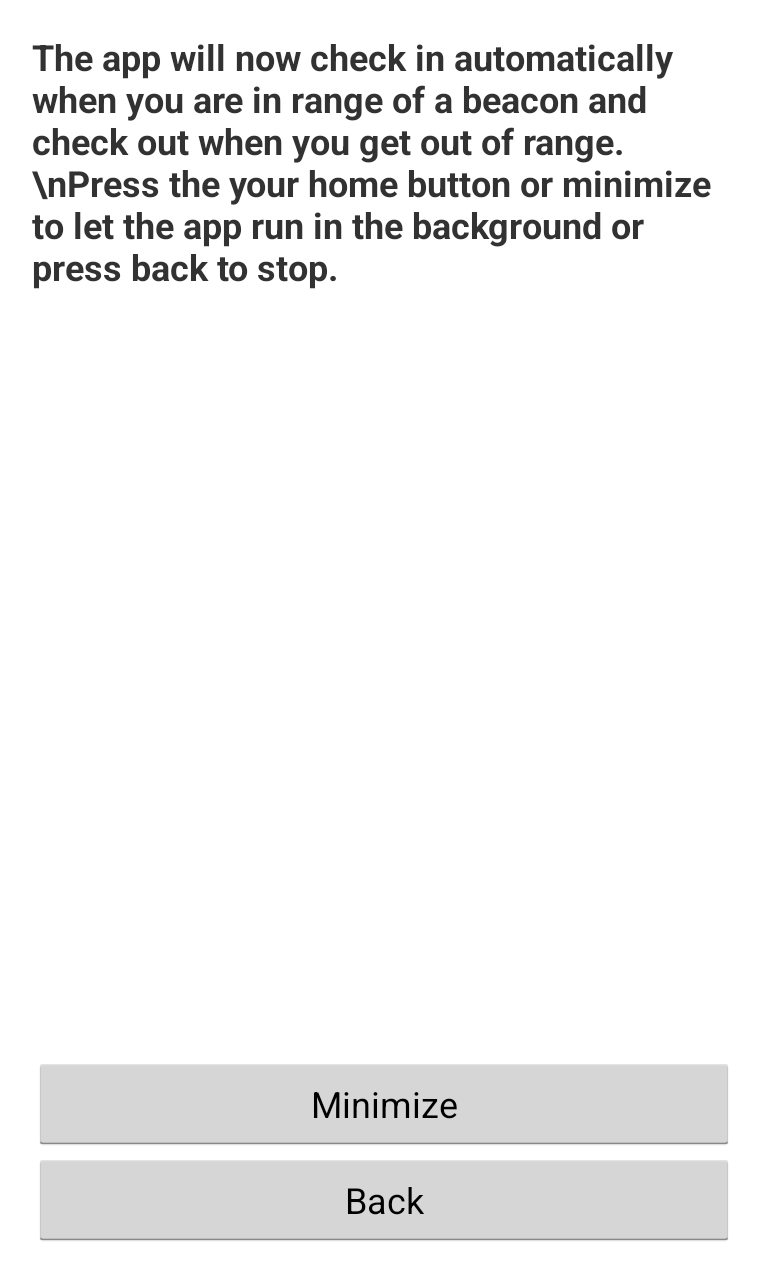
Repository: bleproj/ble-android
Layout: ble/res/layout/activity_auto_checkin.xml
These files come from the project's save history. The layout is drawn as it stood at one moment and after the next save; the edit follows.
It is drawn on a 768 x 1280 px phone screen (xhdpi) without system bars, with theme AppTheme; the app's code is not run.

Above is the layout before, as saved 2013-11-27 14:39:13.

After the next save:
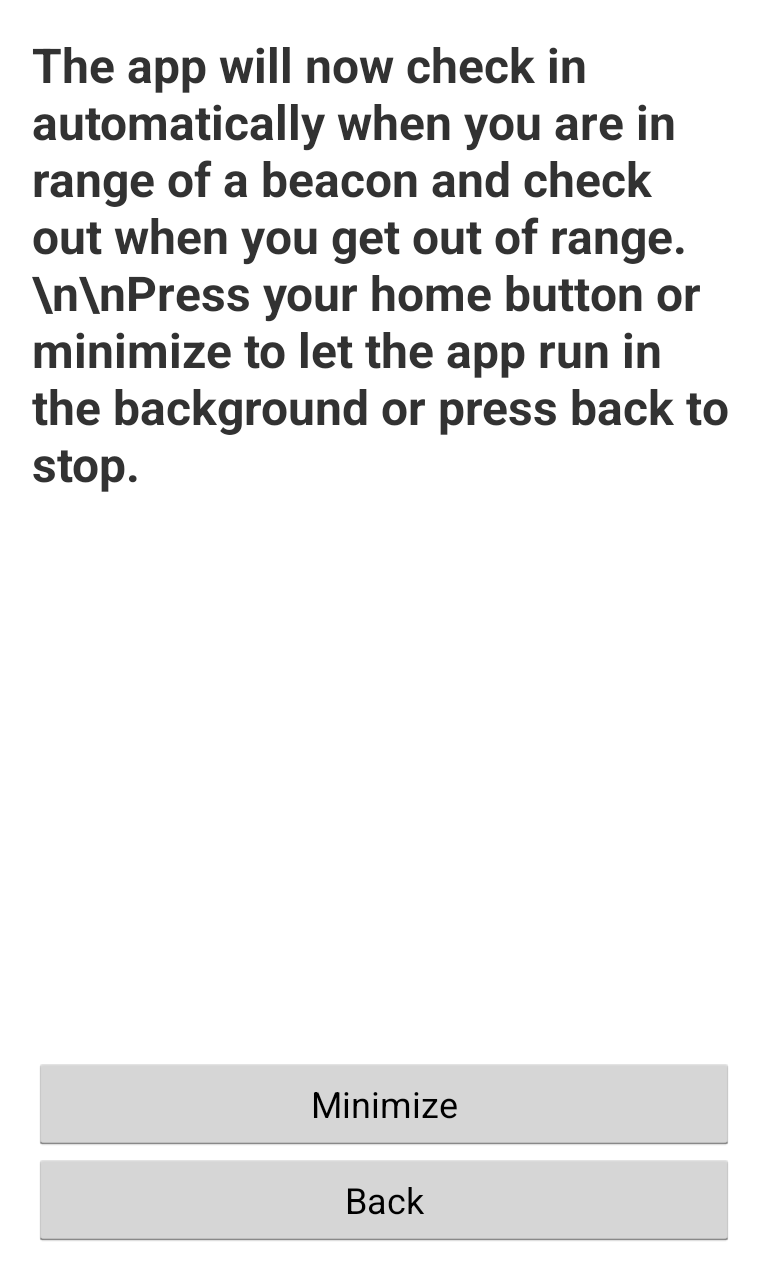
Saved 4 min 2 s later.
--- a/ble/res/layout/activity_auto_checkin.xml
+++ b/ble/res/layout/activity_auto_checkin.xml
@@ -14,9 +14,9 @@
         android:layout_height="wrap_content"
         android:layout_alignParentLeft="true"
         android:layout_alignParentTop="true"
-        android:textSize="18sp"
+        android:textSize="24sp"
         android:textStyle="bold"
-        android:text="The app will now check in automatically when you are in range of a beacon and check out when you get out of range.\nPress the your home button or minimize to let the app run in the background or press back to stop." />
+        android:text="The app will now check in automatically when you are in range of a beacon and check out when you get out of range.\n\nPress your home button or minimize to let the app run in the background or press back to stop." />
 
     <Button
         android:id="@+id/buttonBack"
